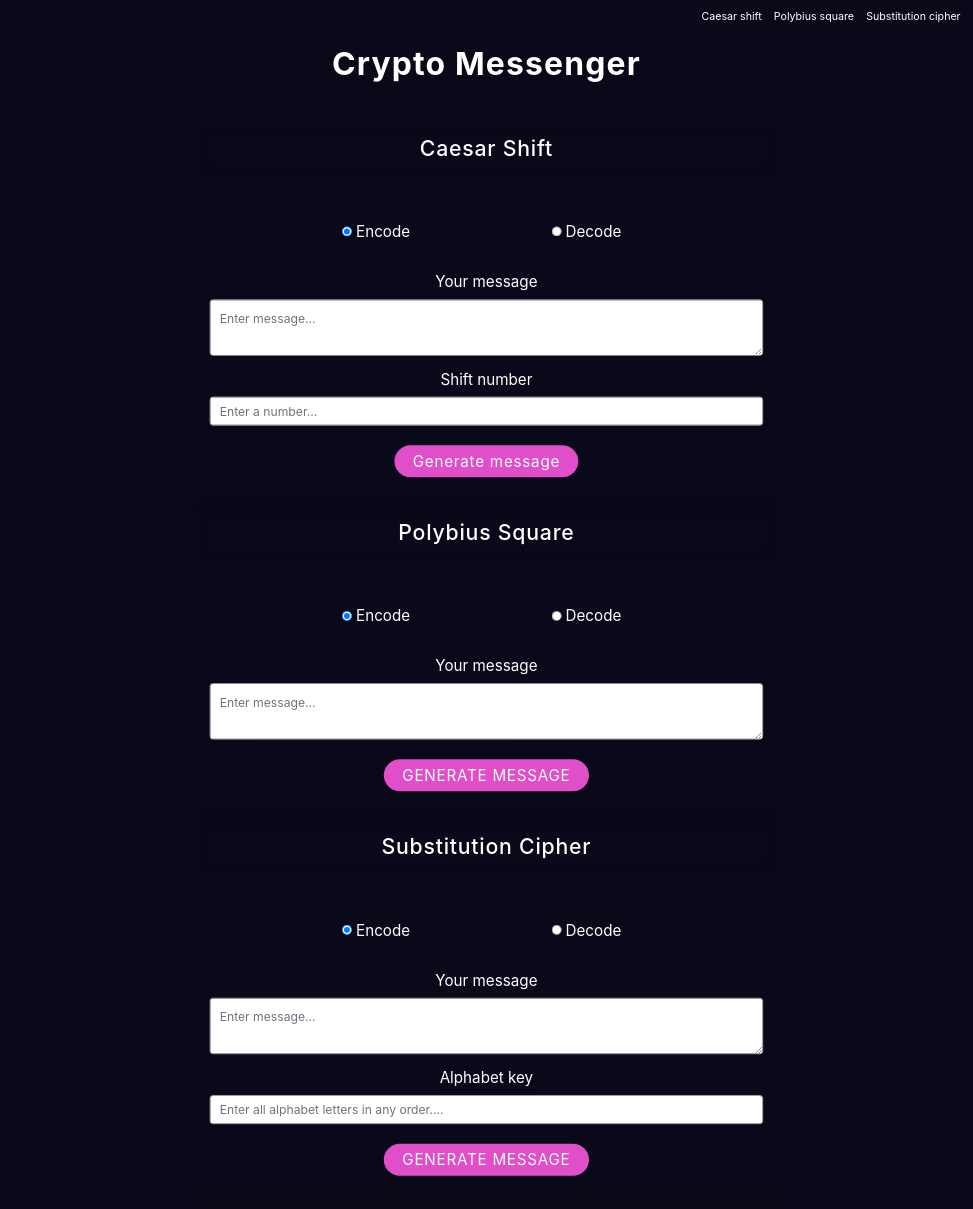
Repository: Rthompson2548/Project-Decoder-Ring
Page: index.html
An editor plug-in stored every save of this project. The page is shown before and after the next save, followed by the edit.
The browser window is 1280 px wide. The pictures show the whole page, at 76% of full size.

Above is the page before, as saved 2022-04-09 20:30:20.

After the next save:
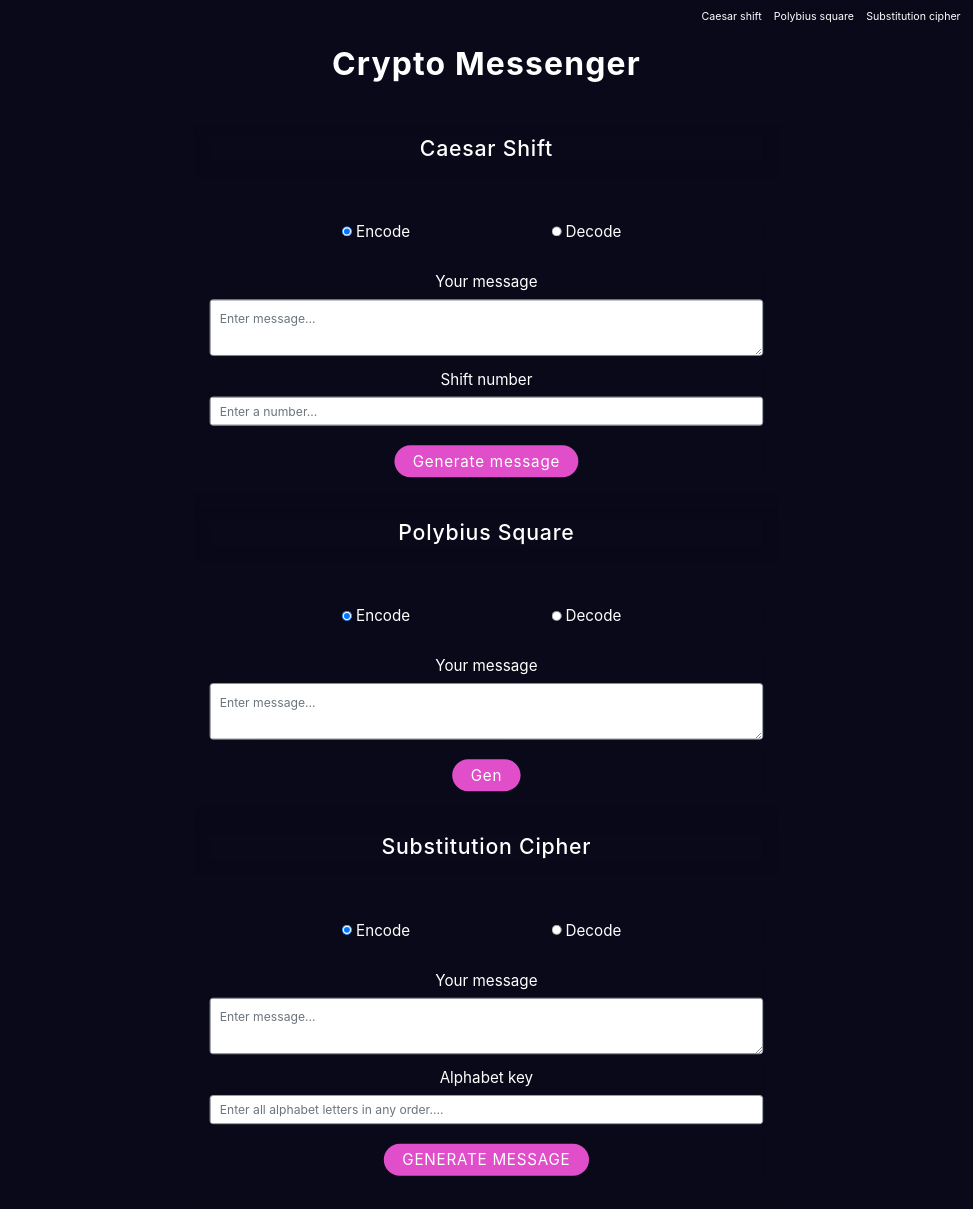
Saved 22 s later.
--- a/index.html
+++ b/index.html
@@ -117,7 +117,7 @@
                 <textarea class="form-control" id="polybius-input" rows="2" placeholder="Enter message..."></textarea>
                 </div>
               <div class="submit-button-container">
-                <button class="submit-button" type="submit">GENERATE MESSAGE</button>
+                <button class="submit-button" type="submit">Gen</button>
               </div>
             </form>
             </div>
